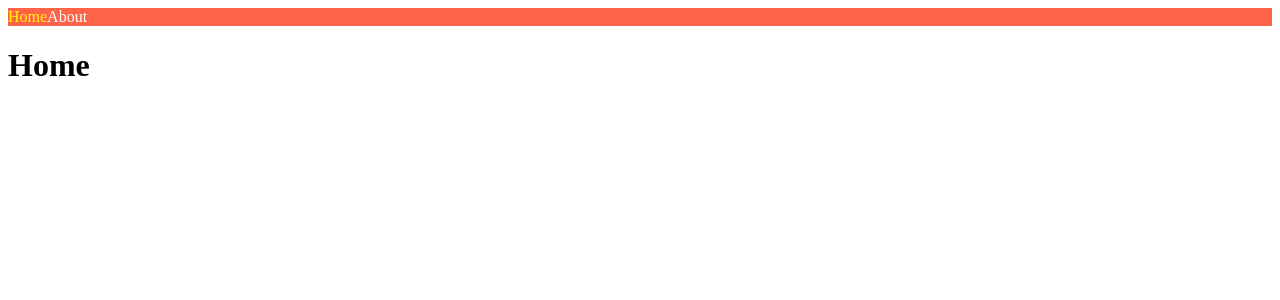
Repository: pjk0007/next-intro-movies
Page: /
An editor plug-in stored every save of this project. The page is shown before and after the next save, followed by the edit.
The browser window is 1280 px wide. The pictures show the whole page.
The project was rebuilt for these pictures with package versions that can differ from the ones it lists, and the page was loaded fresh each time. Some packages were replaced by stand-ins written for this rebuild. The framework's server and built-in components were replaced by stand-ins that run in the browser. Also part of the build but not shown: next.config.js.

Above is the page before, as saved 2022-03-11 19:52:03.

After the next save:
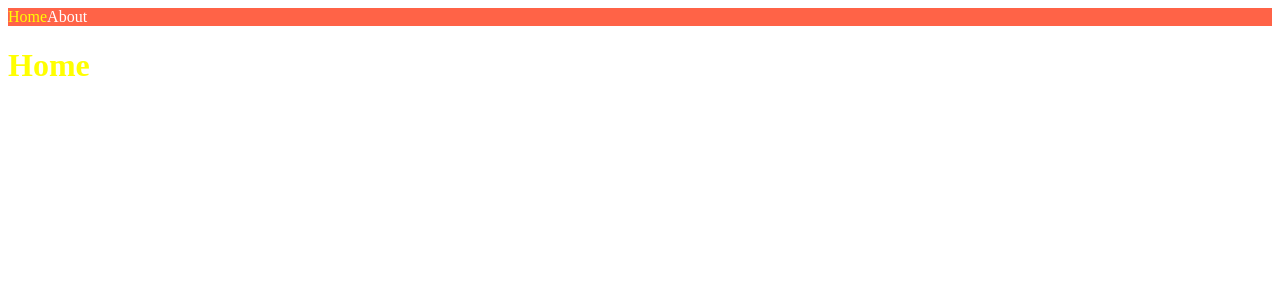
Saved 33 s later.
--- a/pages/index.tsx
+++ b/pages/index.tsx
@@ -4,7 +4,7 @@ export default function Home() {
   return (
     <div>
       <NavBar />
-      <h1>Home</h1>
+      <h1 className="active">Home</h1>
       <style jsx>{`
         a {
           color: white;
